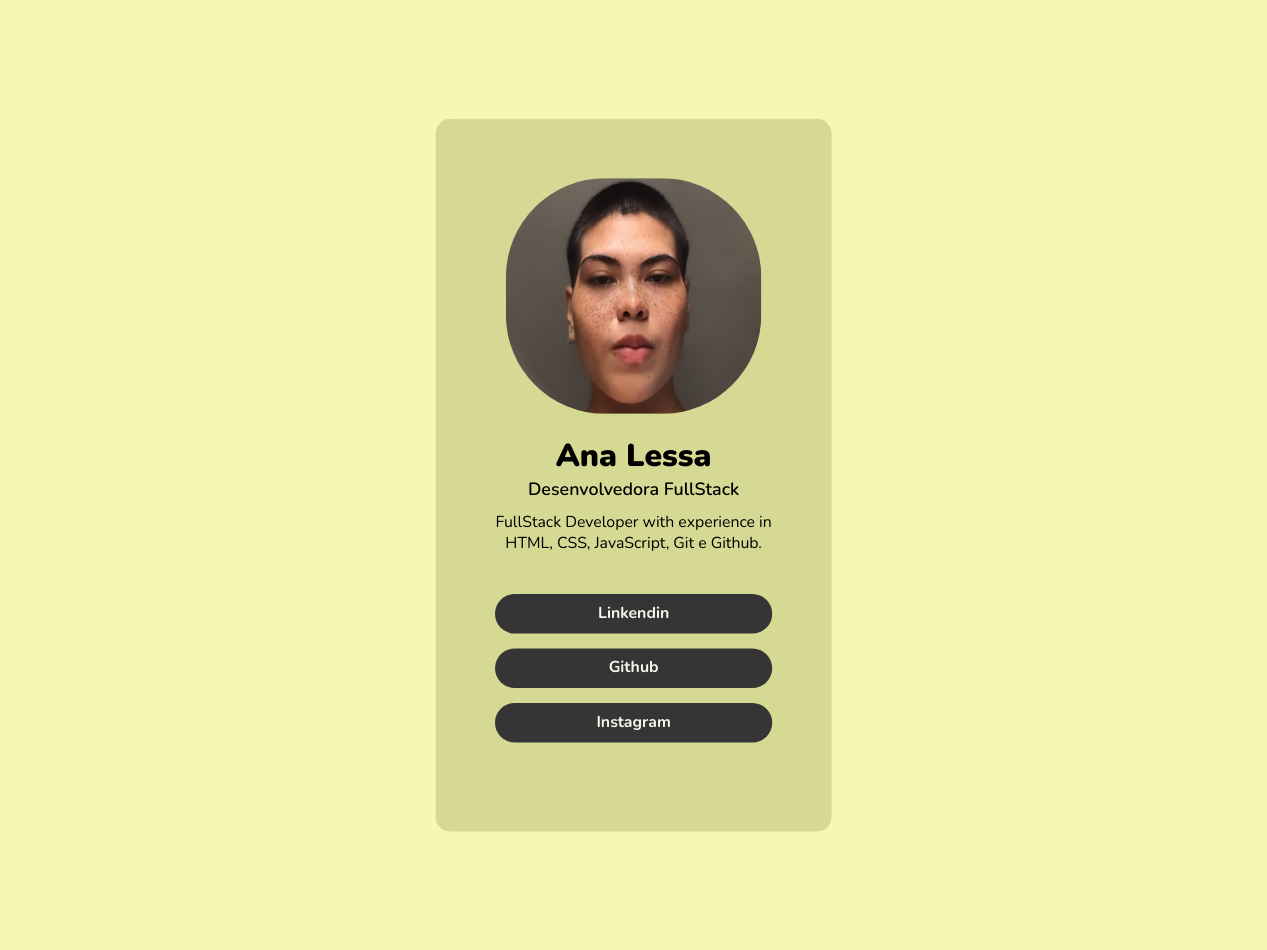
Repository: analessp/linktree
Page: index.html
These files come from the project's save history. The page is drawn as it stood at one moment and after the next save; the edit follows.
The browser window is 1280 px wide. The pictures show the whole page, at 99% of full size.

Above is the page before, as saved 2025-04-11 10:31:23.

After the next save:
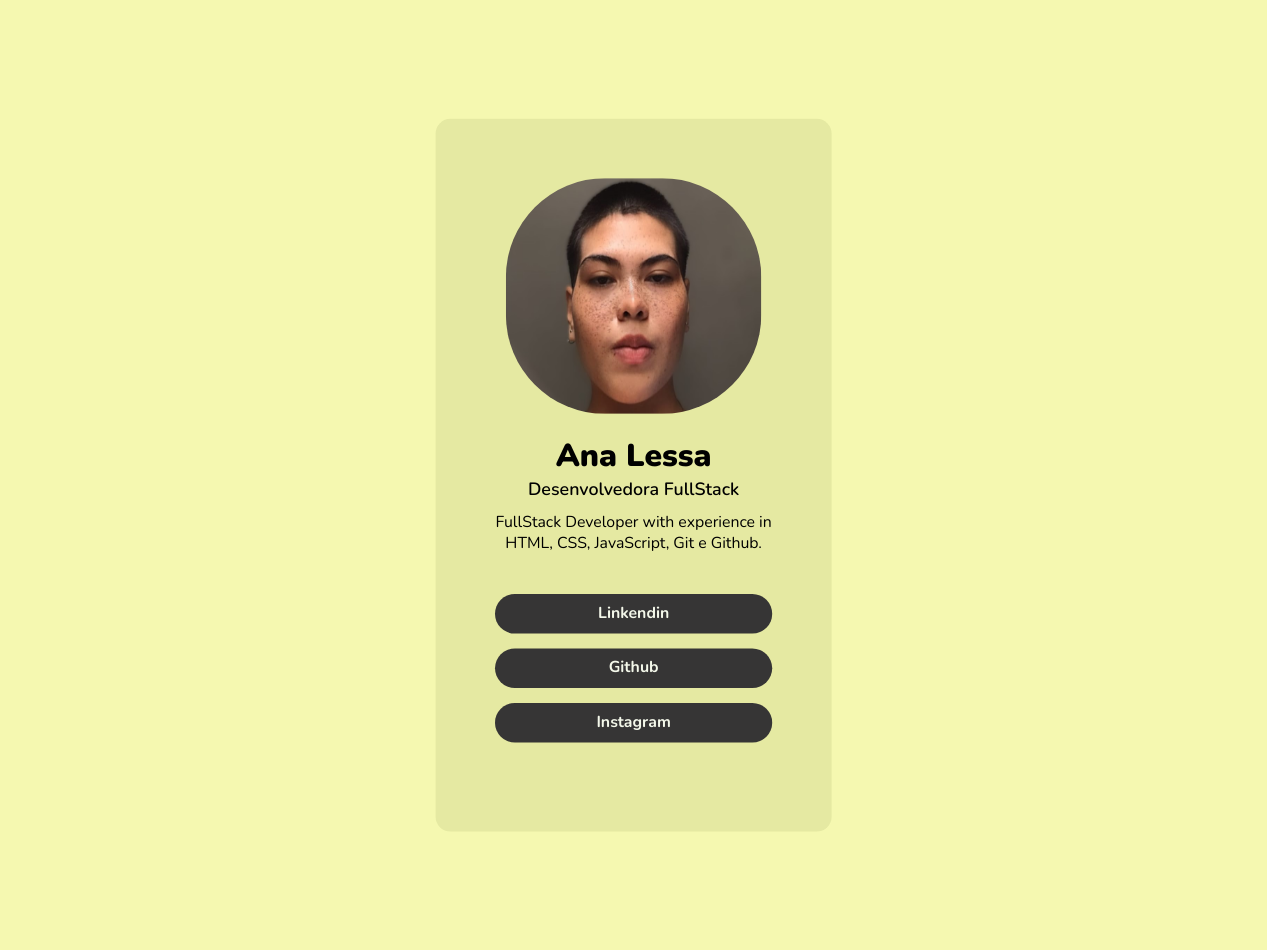
Saved 19 s later.
--- a/style.css
+++ b/style.css
@@ -10,7 +10,7 @@ body {
 }
 
 .container-main {
-    background-color: #d6d993;
+    background-color: #e5e9a2;
     width: 400px;
     height: 720px;
     box-sizing: border-box;
